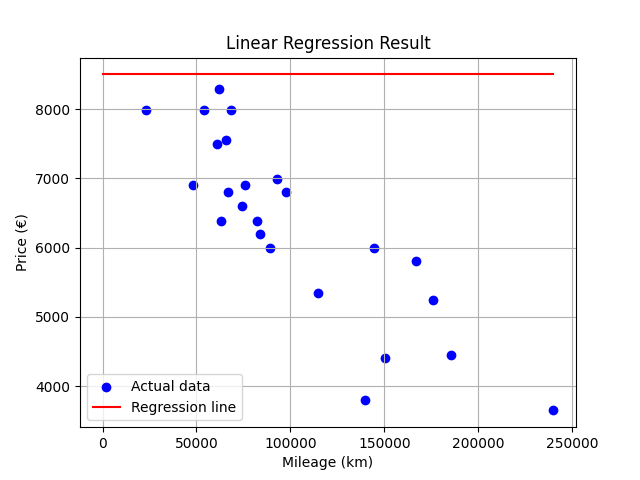
Repository: Nugahh/ft_linear_regression
Script's output: python predict.py
These files come from the project's save history. The script's output is drawn as it stood at one moment and after the next save; the edit follows.
Random numbers start from a fixed seed.

Above is the script's output before, as saved 2025-06-09 19:10:29.

After the next save:
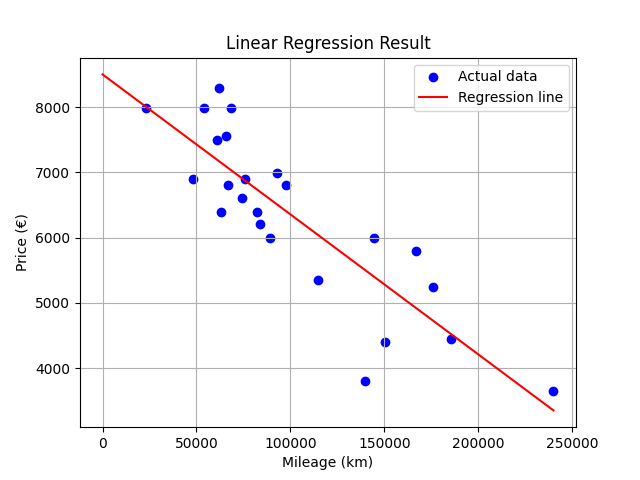
Saved 4 s later.
--- a/predict.py
+++ b/predict.py
@@ -36,7 +36,7 @@ df = pd.read_csv('data.csv')
 x_vals = list(range(0, int(max_mileage) + 1, 1000))
 print(f"x_vals: {x_vals}")
 x_norm = [x / max_mileage for x in x_vals]
-y_vals = [estimate_price(x / max_mileage, theta0, theta1) * max_prices for x in x_norm]
+y_vals = [estimate_price(x / max_mileage, theta0, theta1) * max_prices for x in x_vals]
 
 
 # Plot
